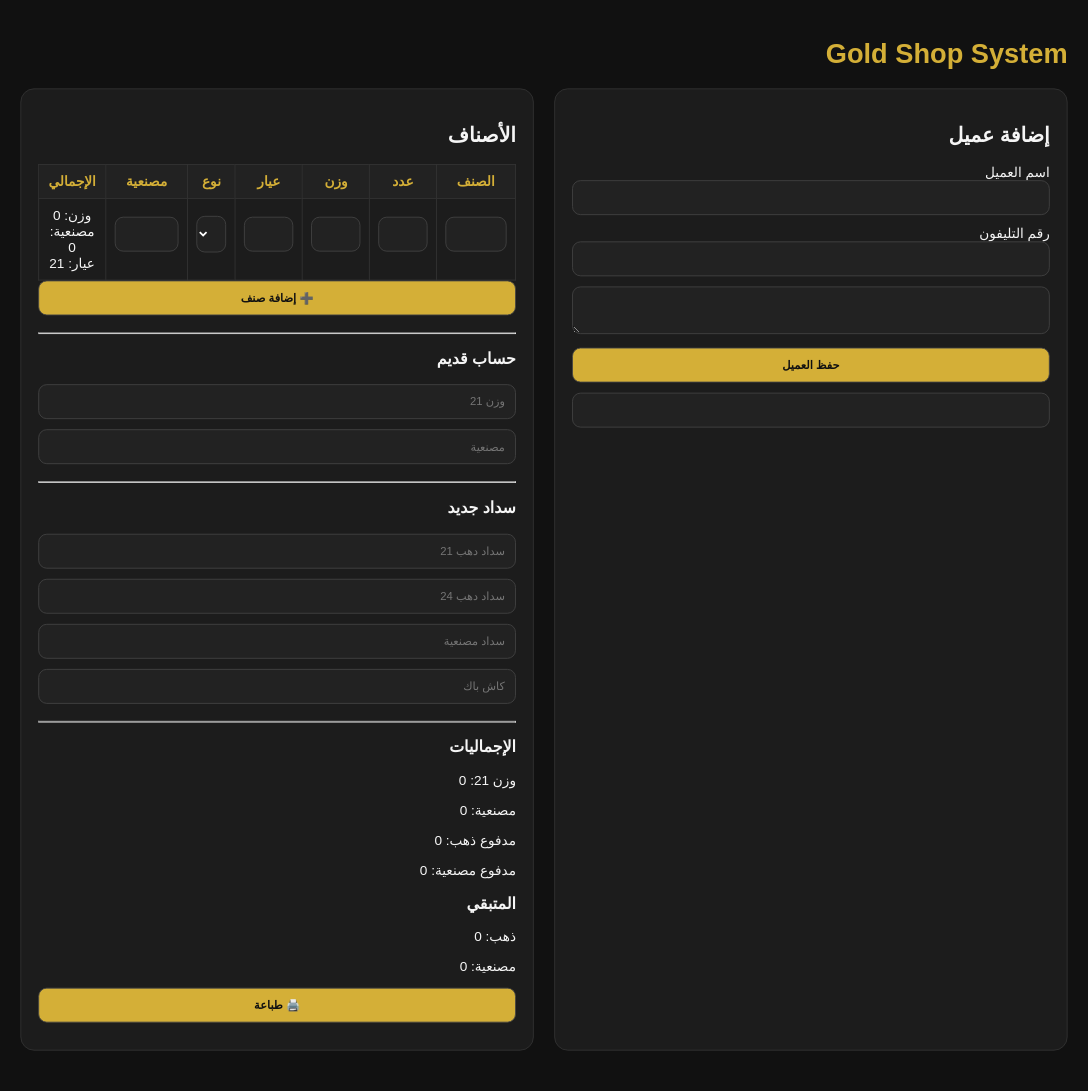
Repository: erineehab27/gold-shop
Page: /
The author's editor kept a copy of each file at every save. The page is drawn from the files as they stood at one save, then again after a run of saves.
The browser window is 1280 px wide. The pictures show the whole page, at 85% of full size.
The project was rebuilt for these pictures with package versions that can differ from the ones it lists, and the page was loaded fresh each time. Also part of the build but not shown: vite.config.js, src/printpage.jsx.

Above is the page before, as saved 2026-05-11 12:30:29.

After the next 2 saves:
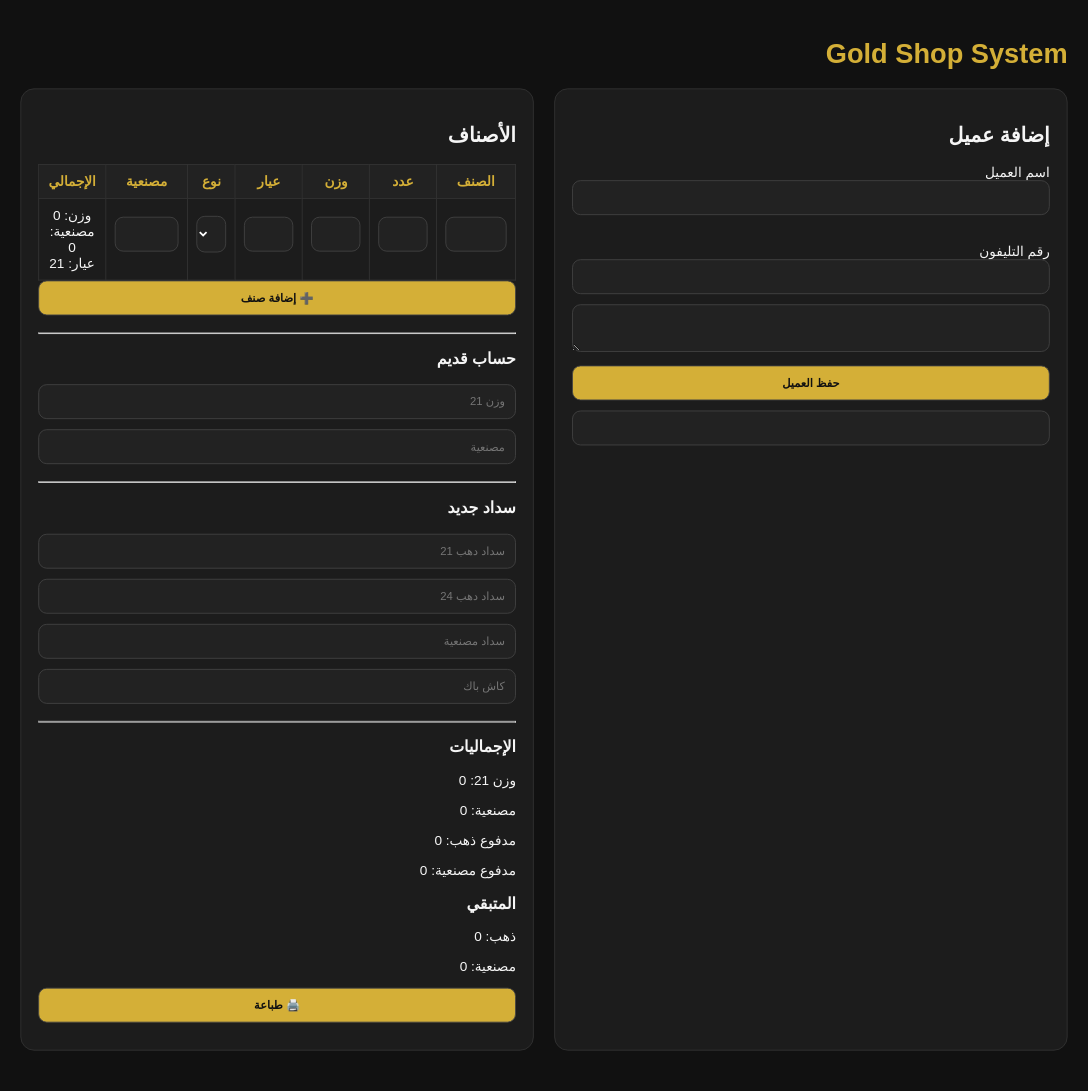
The 2 saves are shown as one change because 1 did not build or start.
The last was saved 15 s later.
--- a/src/App.jsx
+++ b/src/App.jsx
@@ -501,7 +501,7 @@ export default function App() {
                 setCustomerForm({ ...customerForm, name: e.target.value })
               }
             />
-            <label> رقم التليفون</label>
+            <label> <h4></h4>رقم التليفون</label>
             <input
               value={customerForm.phone}
               onChange={(e) =>
